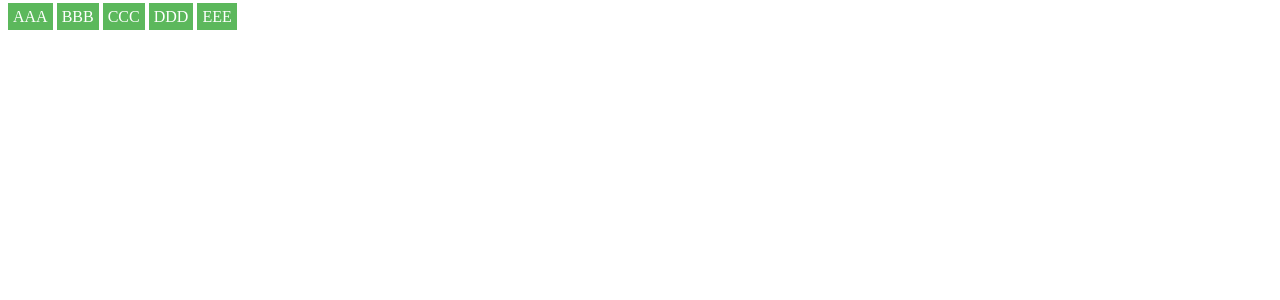
Repository: soydaizu/yamada-git1
Page: Folder_for_Exam/list.html
The author's editor kept a record of every edit. The page is drawn from the files as they stood at one moment, then again after the next edit.
The browser window is 1280 px wide. The pictures show the whole page.

Above is the page before.

After the next edit:
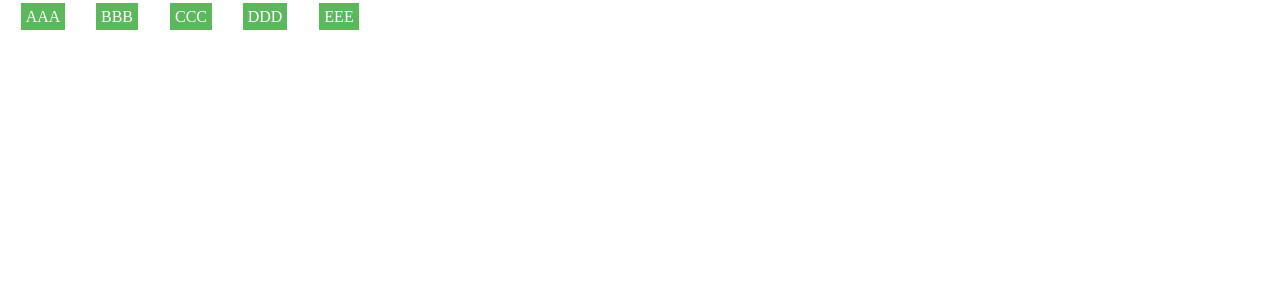
The edit:
--- a/Folder_for_Exam/list.css
+++ b/Folder_for_Exam/list.css
@@ -5,7 +5,7 @@
 }
 ul li {
   width: 70px;
-  display: inline; /* Laying horizontally */
+  display: inline-block; /* Laying horizontally */
   text-align: center; /* put the text in the middle */
 }
 ul li a {
